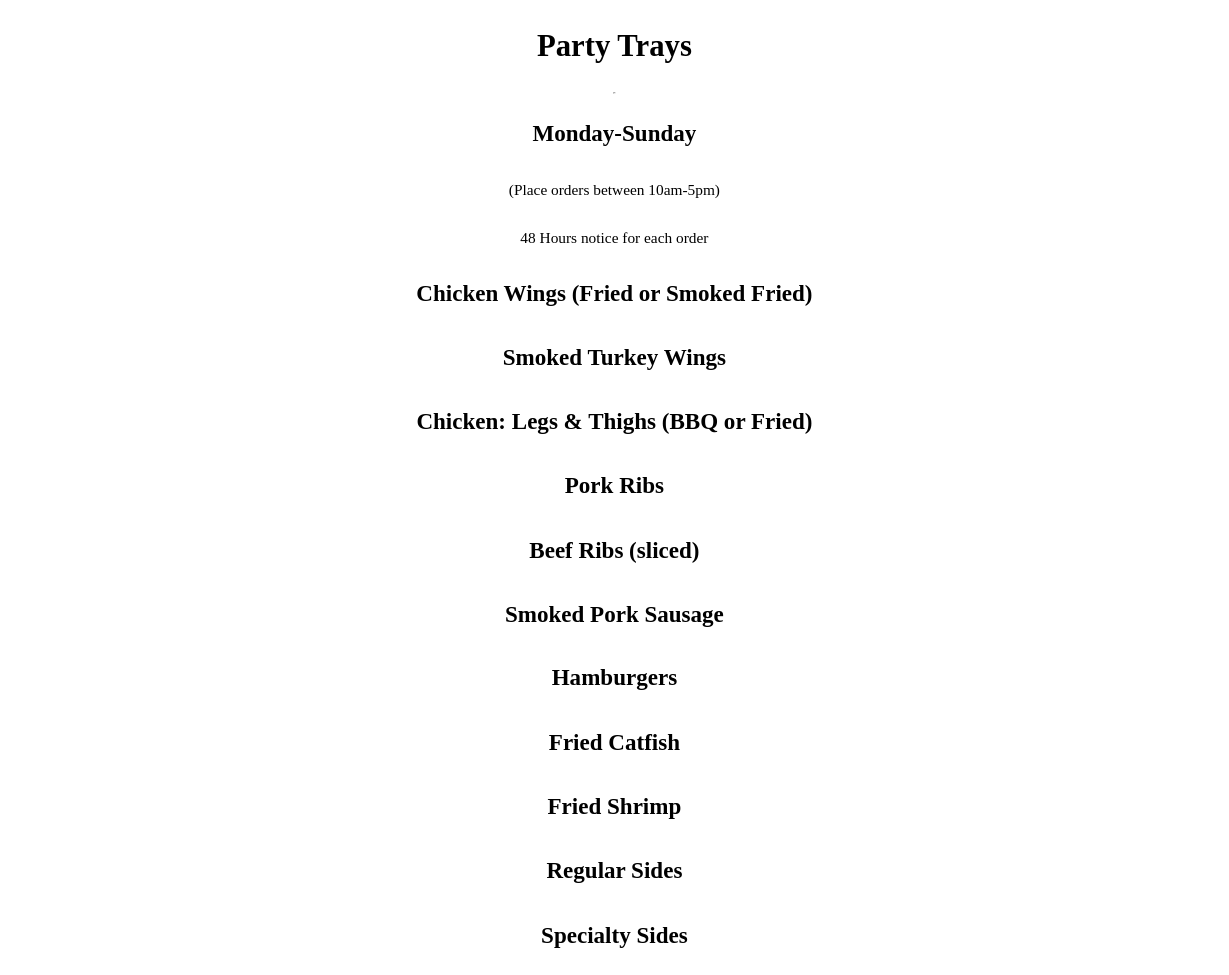
Repository: dukedward/smokehousemenu
Page: pages/trays.html
These files come from the project's save history. The page is drawn as it stood at one moment and after the next save; the edit follows.
The browser window is 1280 px wide. The pictures show the whole page, at 96% of full size.

Above is the page before, as saved 2023-02-28 11:23:17.

### pages/trays.html
<!DOCTYPE html>
<html lang="en">
<head>
    <meta charset="UTF-8">
    <meta http-equiv="X-UA-Compatible" content="IE=edge">
    <meta name="viewport" content="width=device-width, initial-scale=1.0">
    <link rel="stylesheet" href="trays.css" />
    <title>Party Trays</title>
</head>
<body>
    <div class="title">
        <h1>Party Trays</h1>
        <hr>
        <h2>Monday-Sunday</h2>
        <p>(Place orders between 10am-5pm)</p>
        <p>48 Hours notice for each order</p>
    </div>
    <div class="sections">
        <div class="sect">
            <h2>Chicken Wings (Fried or Smoked Fried)</h2>
        </div>
        <div class="sect">
            <h2>Smoked Turkey Wings</h2>
        </div>
        <div class="sect">
            <h2>Chicken: Legs & Thighs (BBQ or Fried)</h2>
        </div>
        <div class="sect">
            <h2>Pork Ribs</h2>
        </div>
        <div class="sect">
            <h2>Beef Ribs (sliced)</h2>
        </div>
        <div class="sect">
            <h2>Smoked Pork Sausage</h2>
        </div>
        <div class="sect">
            <h2>Hamburgers</h2>
        </div>
        <div class="sect">
            <h2>Fried Catfish</h2>
        </div>
        <div class="sect">
            <h2>Fried Shrimp</h2>
        </div>
        <div class="sect">
            <h2>Regular Sides</h2>
        </div>
        <div class="sect">
            <h2>Specialty Sides</h2>
        </div>
    </div>
</body>
</html>

### pages/trays.css
/* * {
	margin: 0;
	padding: 0;
} */

.title {
	display: flex;
	flex-direction: column;
	justify-content: center;
	align-items: center;
}

.sections {
	display: grid;
	/* display: flex; */
	/* justify-content: center; */
	/* align-items: center; */
}

.sect, .sub-sect {
	display: flex;
	flex-direction: column;
	justify-content: center;
	align-items: center;
}

.desc {
    display: flex;
    flex-direction: row;
    justify-content: space-between;
}

.desc p {
    padding-right: 1rem;
}

dt {
    font-size: medium;
    font-weight: bold;
}

dd {
    margin-bottom: 1rem;
}

After the next save:
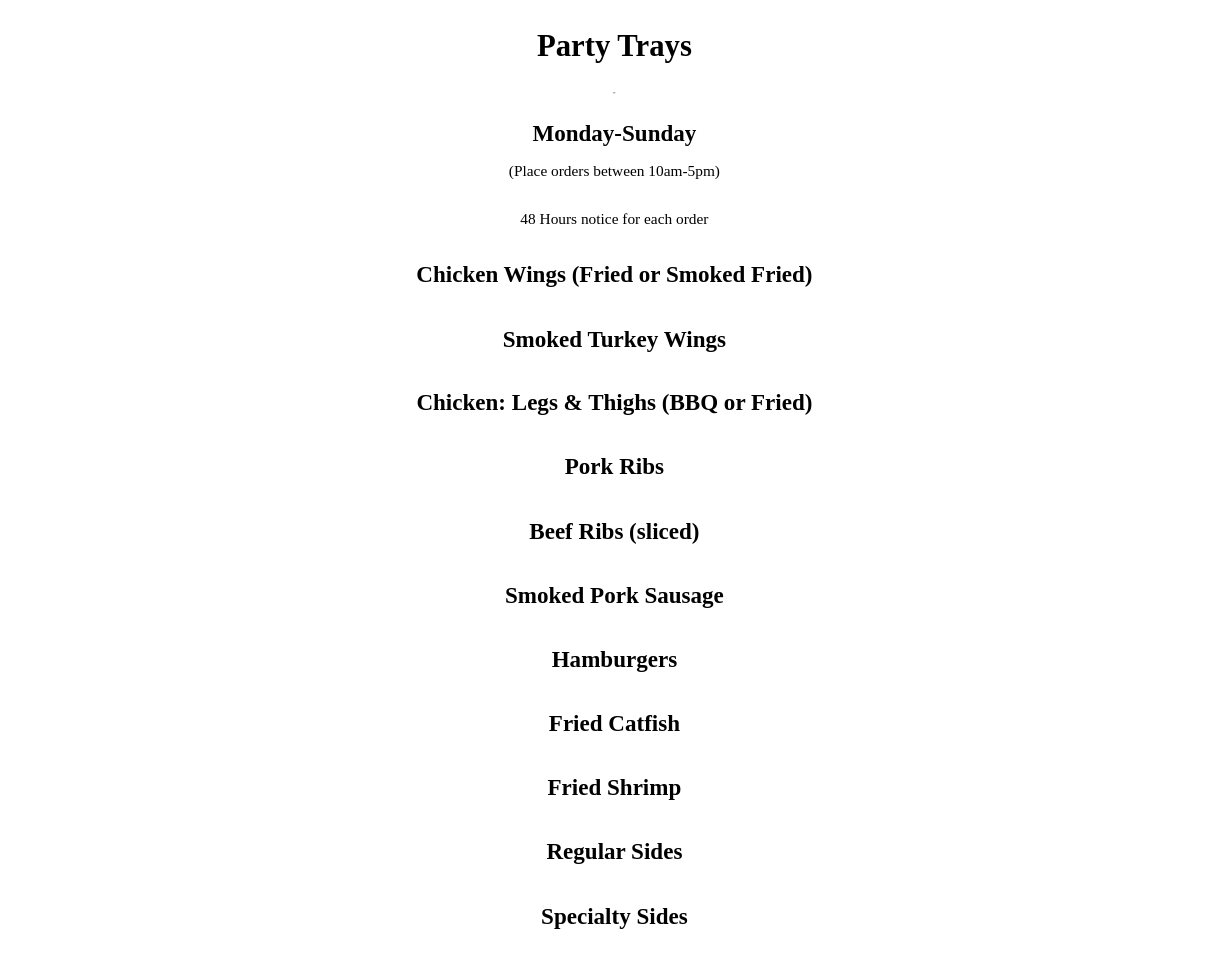
Saved 118 s later.
--- a/pages/trays.css
+++ b/pages/trays.css
@@ -8,6 +8,10 @@
 	flex-direction: column;
 	justify-content: center;
 	align-items: center;
+}
+
+.title h2 {
+    margin-bottom: 0;
 }
 
 .sections {
